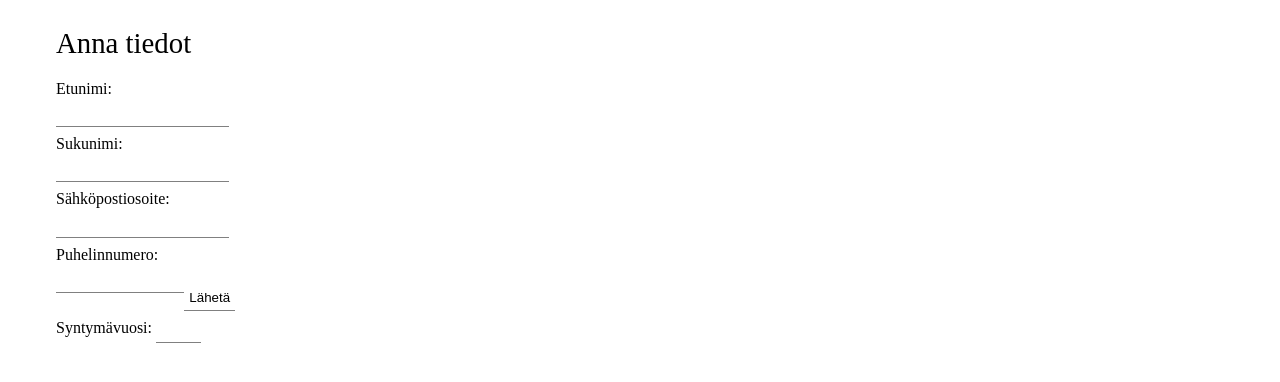
Repository: sirkian/ohj2-t4
Page: http://localhost/Tehtava3/kysy.jsp
The author's editor kept a copy of each file at every save. The page is drawn from the files as they stood at one save, then again after the next save.
The browser window is 1280 px wide. The pictures show the whole page.
The page is served by Tomcat 9.

Above is the page before, as saved 2022-03-23 13:49:06.

### Tehtava3/src/main/webapp/kysy.jsp
<%@ page language="java" contentType="text/html; charset=ISO-8859-1"
    pageEncoding="ISO-8859-1"%>
<!DOCTYPE html>
<html>
<head>
<meta charset="ISO-8859-1">
<title>Etätehtävä 3</title>
<style>
	.container {
		box-sizing: border-box;
		margin: 0;
		padding: 0 3em;
		width: 20%;
		position: absolute;
	}
	input[type=text],
	input[type=email] {
		width: 100%;
		border: none;
		border-bottom: 1px solid gray;
		padding: .5em;
		margin-bottom: .6em;
	}
	#vuosi {
		width: 20%;
		margin-top: 1em;
	}
	input[type=submit] {
		padding: .4em;
		background-color: white;
		border: none;
		border-bottom: 1px solid gray;
		position: relative;
		left: 80%;
		bottom: 5em;
	}
	input[type=submit]:hover {
		background-color: lightgray;
	}
	h1 {
		font-size: 1.8em;
		font-weight: 400;
	}
</style>
</head>
<body>
	<div class="container">
		<h1>Anna tiedot</h1>
		<form action="nayta.jsp" method="POST">
			Etunimi: <input type="text" name="etunimi"><br>
			Sukunimi: <input type="text" name="sukunimi"><br>
			Sähköpostiosoite: <input type="email" name="email"><br>
			Puhelinnumero: <input type="text" name="puhelin"><br>
			Syntymävuosi: <input id="vuosi" type="text" name="svuosi"><br>
			<input type="submit" value="Lähetä">
		</form>
	</div>
</body>
</html>

After the next save:
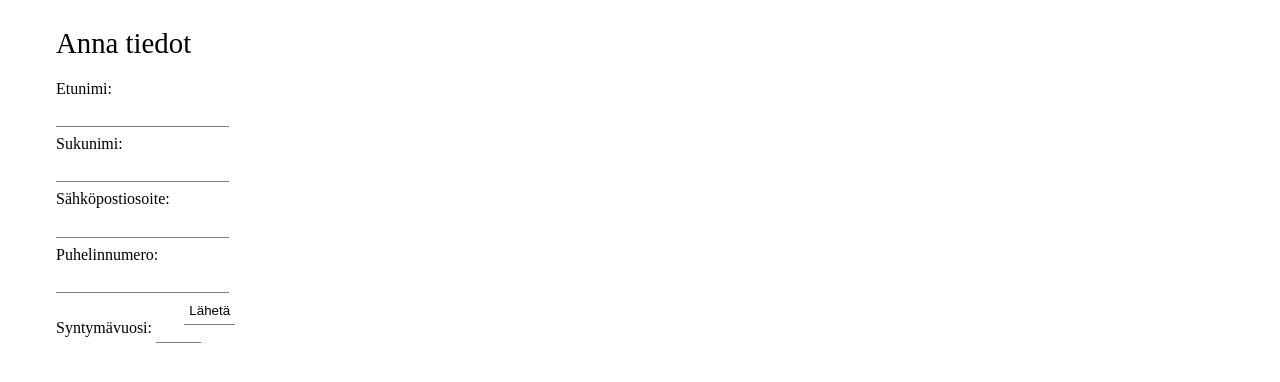
Saved 8 s later.
--- a/Tehtava3/src/main/webapp/kysy.jsp
+++ b/Tehtava3/src/main/webapp/kysy.jsp
@@ -32,7 +32,7 @@
 		border-bottom: 1px solid gray;
 		position: relative;
 		left: 80%;
-		bottom: 5em;
+		bottom: 4em;
 	}
 	input[type=submit]:hover {
 		background-color: lightgray;
